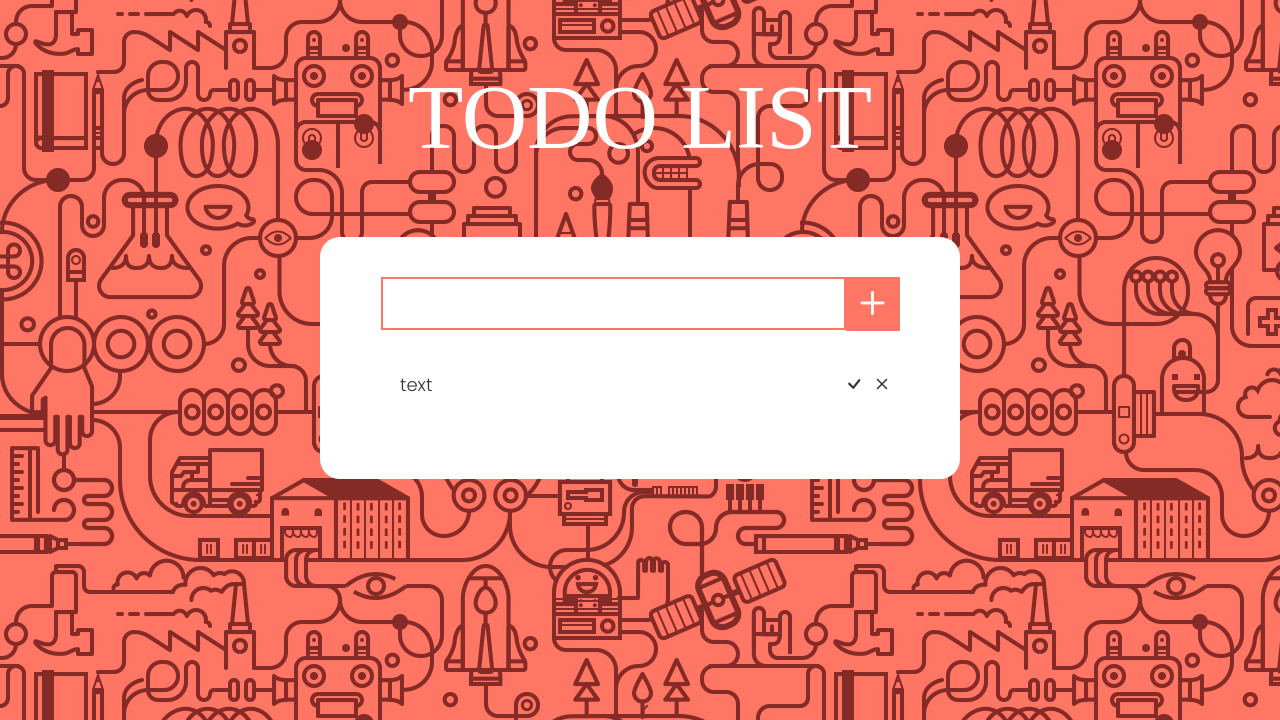
Repository: zum281/todo-list
Page: index.html
The author's editor kept a copy of each file at every save. The page is drawn from the files as they stood at one save, then again after the next save.
The browser window is 1280 px wide. The pictures show the whole page.
Some web fonts or font styles are not loaded; a fallback is used. Some web libraries are served in a nearby version. The style sheet was rebuilt from its Sass, Less or Tailwind sources for each picture, by a compiler version that may differ from the author's.

Above is the page before, as saved 2021-03-05 16:56:39.

### index.html
<!DOCTYPE html>
<html lang="en">

    <head>
        <meta charset="UTF-8">
        <meta http-equiv="X-UA-Compatible" content="IE=edge">
        <meta name="viewport" content="width=device-width, initial-scale=1.0">

        <!-- Bootstrap CSS -->
        <link href="https://cdn.jsdelivr.net/npm/bootstrap@5.0.0-beta2/dist/css/bootstrap.min.css" rel="stylesheet"
            integrity="sha384-BmbxuPwQa2lc/FVzBcNJ7UAyJxM6wuqIj61tLrc4wSX0szH/Ev+nYRRuWlolflfl" crossorigin="anonymous">
        <!-- Option 1: Bootstrap Bundle with Popper -->
        <script src="https://cdn.jsdelivr.net/npm/bootstrap@5.0.0-beta2/dist/js/bootstrap.bundle.min.js"
            integrity="sha384-b5kHyXgcpbZJO/tY9Ul7kGkf1S0CWuKcCD38l8YkeH8z8QjE0GmW1gYU5S9FOnJ0" crossorigin="anonymous">
        </script>
        <link rel="stylesheet" href="https://cdn.jsdelivr.net/npm/bootstrap-icons@1.4.0/font/bootstrap-icons.css">
        <!--Jquery-->
        <script src="https://code.jquery.com/jquery-3.6.0.min.js"
            integrity="sha256-/xUj+3OJU5yExlq6GSYGSHk7tPXikynS7ogEvDej/m4=" crossorigin="anonymous"></script>

        <link rel="stylesheet" href="css/main.css">
        <title>Todo List</title>
    </head>

    <body>
        <h1 class="title">TODO LIST</h1>
        <div class="container main">
            <div class="add-todo-box">
                <input type="text" name="add-todo" id="add-todo">
                <div class="icon"><i class="bi bi-plus"></i></div>
            </div>
            <div class="todo-list-container">
                <ul class="todo-list">
                    <li class="todo-item"><span class="todo-text">text</span>
                        <div class="icons">
                            <div class="icon"><i class="bi bi-check"></i></div>
                            <div class="icon"><i class="bi bi-x"></i></div>
                        </div>
                    </li>
                </ul>
            </div>
        </div>
        <script src="js/main.js"></script>
    </body>

</html>

### sass/main.scss
@import url("https://fonts.googleapis.com/css2?family=Poppins:wght@300;400;500;600;700&display=swap");
@import url("https://fonts.googleapis.com/css2?family=Chelsea+Market&display=swap");

* {
    margin: 0;
    padding: 0;
    box-sizing: border-box;
}

body {
    font-weight: 300;
    font-family: "Poppins";
    background: url("/assets/science.png");
    //background-color: #f0f0f0;
    background-repeat: repeat;
    color: #333333;
}

.title {
    font-family: "Chelsea Market";
    text-align: center;
    font-size: 68pt;
    color: #fff;
    margin: 4rem auto;
}

.main {
    display: flex;
    flex-direction: column;
    align-items: center;
    justify-content: space-between;
    margin-top: 1rem;
    padding: 1.5rem;
    padding-top: 2.5rem;
    max-width: 50%;
    border-radius: 20px;
    background-color: #fff;

    .add-todo-box {
        width: 100%;
        display: flex;
        align-items: center;
        justify-content: center;

        input {
            border: none;
            border: 2px solid #ff7665;
            line-height: 1;
            padding: 0.5rem 1rem 0.5rem 1rem;
            font-size: 22px;
            color: #333333;
            &:focus {
                border-bottom: 2px solid #b25246;
                outline: none;
            }
        }
        .icon {
            background-color: #ff7665;
            display: grid;
            place-items: center;
            width: 54px;
            height: 54px;
            color: #fff;
            cursor: pointer;

            i {
                font-size: 48px;
                line-height: 1;
            }
        }
    }
    .todo-list-container {
        padding: 2.5rem;
        width: 100%;

        ul {
            padding-left: 1rem;

            .todo-item {
                display: flex;
                align-items: center;
                justify-content: space-between;
                font-size: 18px;
                .icons {
                    display: flex;
                    .icon {
                        display: grid;
                        place-items: center;
                        width: 28px;
                        height: 28px;
                        i {
                            font-size: 24px;
                            line-height: 1;
                        }
                    }
                }
            }
        }
    }
}

Loaded but not shown: js/main.js (common file)

After the next save:
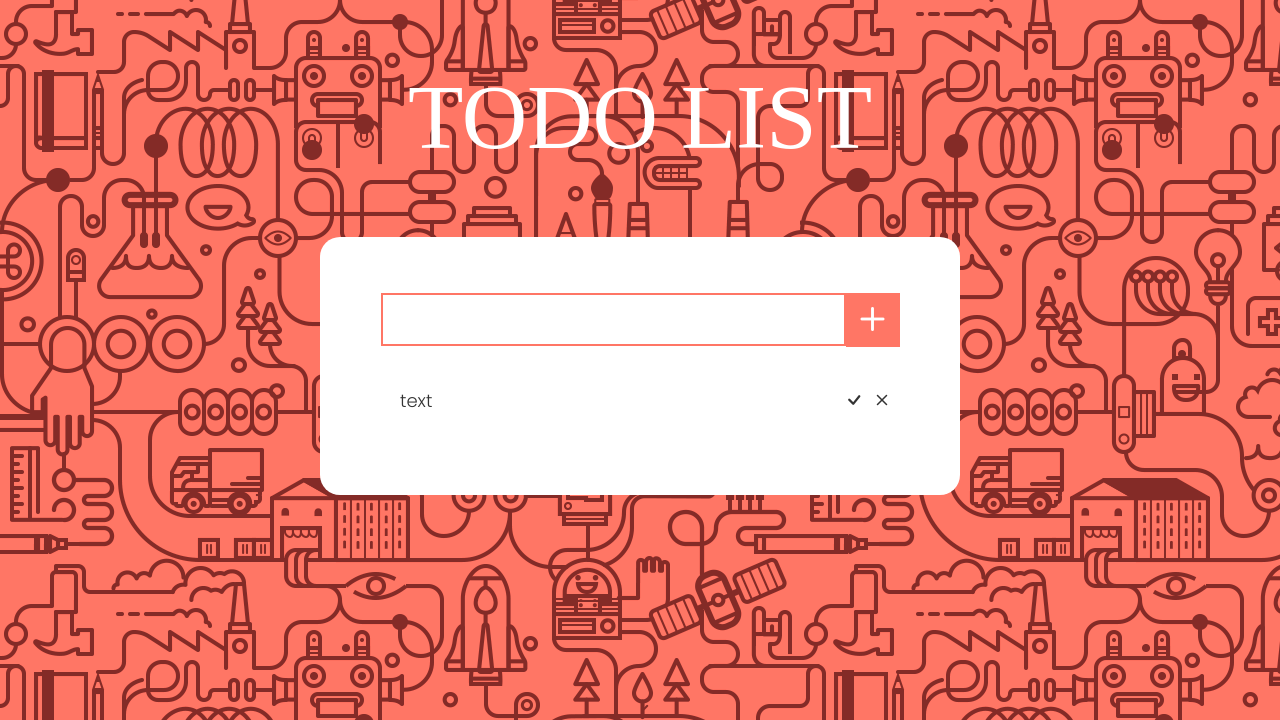
Saved 5 s later.
--- a/sass/main.scss
+++ b/sass/main.scss
@@ -31,7 +31,7 @@ body {
     justify-content: space-between;
     margin-top: 1rem;
     padding: 1.5rem;
-    padding-top: 2.5rem;
+    padding-top: 3.5rem;
     max-width: 50%;
     border-radius: 20px;
     background-color: #fff;
